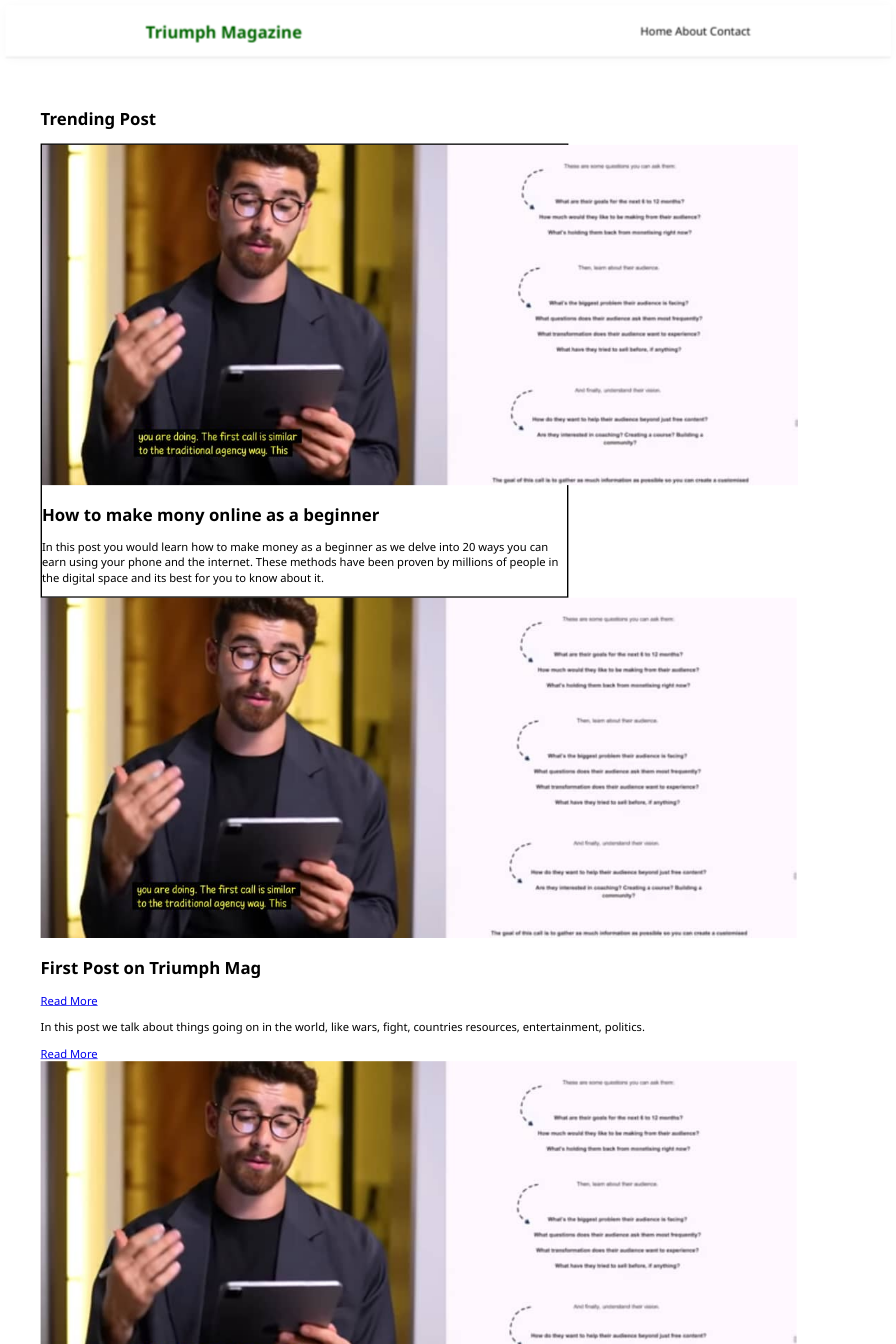
Repository: zikcolle/Triumph-Blog
Page: index.html
An editor plug-in stored every save of this project. The page is shown before and after a run of saves, followed by the edit.
The browser window is 1280 px wide. The pictures show the part of the page from y = 0 to 1920 px (the page is 5446 px tall before and 5258 px after), at 70% of full size.

Above is the page before, as saved 2026-06-21 14:18:22.

### index.html
<!DOCTYPE html>
<html lang="en">

<head>
    <meta charset="UTF-8">
    <meta name="viewport" content="width=device-width, initial-scale=1.0">
    <title>Triumph Magazine</title>
    <link rel="stylesheet" href="styles.css">
</head>

<body>
    <header>
        <h2>Triumph Magazine</h2>
        <nav>
            <a href="#">Home</a></li>
            <a href="/about-us">About</a>
            <a href="/contact-us">Contact</a>
        </nav>
    </header>

    <main>
        <section>
            <div>
                <h2 class="label-post">Trending Post</h2>
            </div>
            <div class="feat-post">
                <img src="simage\postiman.jpeg">
                <h1>How to make mony online as a beginner</h1>
                <p>In this post you would learn how to make money as a beginner as we delve into 20 ways you can earn
                    using your phone and the internet. These methods have been proven by millions of people in the
                    digital space and its best for you to know about it.</p>
            </div>
        </section>

        <section class="post-grid">
            <div class="blog-post">
                <img src="simage\postiman.jpeg">
                <h1>First Post on Triumph Mag</h1><a href="#" class="read-more">Read More</a>
                <p>In this post we talk about things going on in the world, like wars, fight, countries resources,
                    entertainment, politics.</p>
                <a href="#" class="read-more">Read More</a>
            </div>

            <div class="blog-post">
                <img src="simage\postiman.jpeg">
                <h1>Second Post on Triumph Mag</h1>
                <p>In this post we talk about things going on in the world, like wars, fight, countries resources,
                    entertainment, politics.</p>
                <a href="#" class="read-more">Read More</a>
            </div>

            <div class="blog-post">
                <img src="simage\postiman.jpeg">
                <h1>Third Post on Triumph Mag</h1>
                <p>In this post we talk about things going on in the world, like wars, fight, countries resources,
                    entertainment, politics.</p>
                <a href="#" class="read-more">Read More</a>
            </div>

            <div class="blog-post">
                <img src="simage\postiman.jpeg">
                <h1>Fourth Post on Triumph Mag</h1>
                <p>In this post we talk about things going on in the world, like wars, fight, countries resources,
                    entertainment, politics.</p>
                <a href="#" class="read-more">Read More</a>
            </div>

            <div class="blog-post">
                <img src="simage\postiman.jpeg">
                <h1>Fifth Post on Triumph Mag</h1>
                <p>In this post we talk about things going on in the world, like wars, fight, countries resources,
                    entertainment, politics.</p>
                <a href="#" class="read-more">Read More</a>
            </div>

            <div class="blog-post">
                <img src="simage\postiman.jpeg">
                <h1>Sixth Post on Triumph Mag</h1>
                <p>In this post we talk about things going on in the world, like wars, fight, countries resources,
                    entertainment, politics.</p>
                <a href="#" class="read-more">Read More</a>
            </div>

            <div><a href="/blog">View More Posts</a></div>
        </section>

        <section>
            <h2>Related Posts</h2>

            <div class="blog-post">
                <img src="simage\postiman.jpeg">
                <h4><a href="/blog">Sixth Post on Triumph Mag</a></h4>
            </div>
        </section>
    </main>

    <footer>
        <h2>Triumph Magazine</h2>
        <p>© 2026 Triumph Magazine. All rights reserved.</p>
    </footer>

</body>

</html>

### styles.css
body {
    background-color: rgb(255, 255, 255);
    color: rgb(0, 0, 0);
    font-family:'Segoe UI', Tahoma, Geneva, Verdana, sans-serif;
}

header {
    display: flex;
    justify-content: space-between;
    align-items: center;
    margin: 0 auto;
    padding: 0 200px 0 200px;
    background-color: rgba(255,255,255,0.92);
    border-bottom: 1px solid rgba(0, 0, 0, 0.108);
    backdrop-filter: blur(20px) saturate(180%);
    -webkit-backdrop-filter: blur(20px) saturate(180%);
    box-shadow: 0 1px 0 rgba(0,0,0,0.04), 0 2px 16px rgba(0,0,0,0.04);
    color: rgb(0, 101, 0);
}

nav a {
    text-decoration: none;
    color: rgb(0, 0, 0);
}

nav a:hover {
    text-decoration: none;
    color: rgb(0, 101, 0);
    text-decoration: underline;
}

main {
    padding: 50px;
}
.feat-post {
    background-color: rgb(255, 255, 255);
    border: 2px solid rgb(0, 0, 0);
    max-width: 750px;
}

.feat-post img {
    max-width: 0 auto;
}

After the next 2 saves:
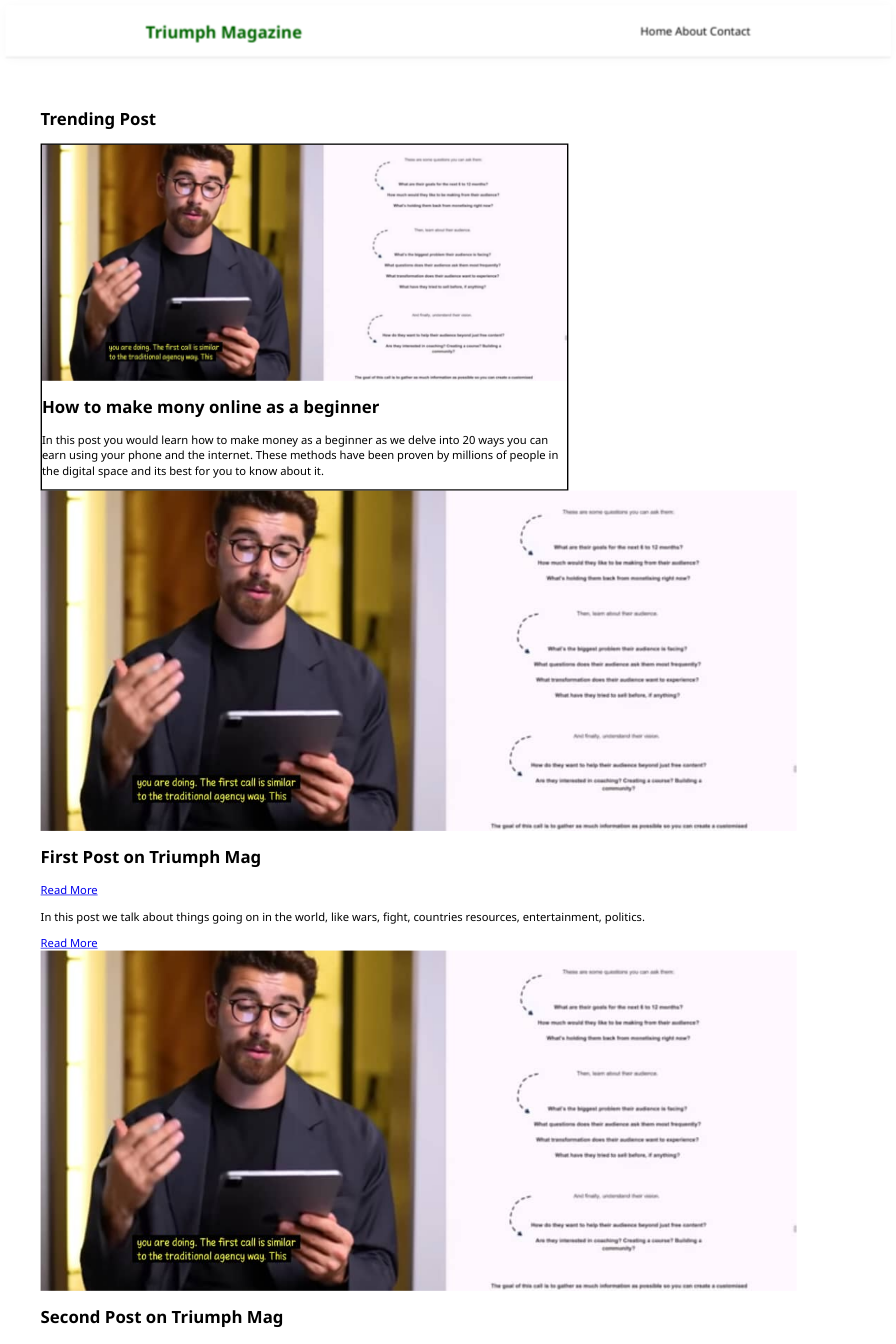
The 2 saves are shown as one change because they came seconds apart.
The last was saved 2 min 36 s later.
--- a/styles.css
+++ b/styles.css
@@ -41,3 +41,9 @@ main {
 .feat-post img {
     max-width: 0 auto;
 }
+
+img, svg, video, canvas, iframe {
+  max-width: 100%;
+  height: auto;
+  display: block;
+}
